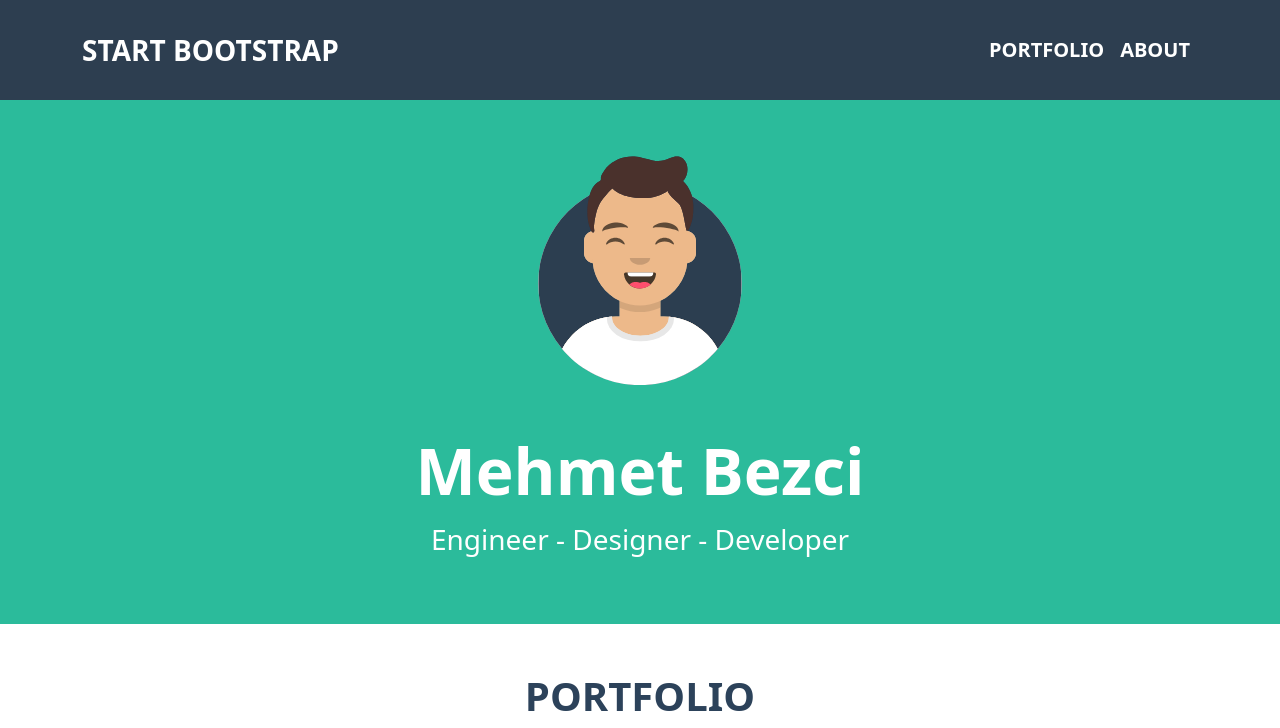
Repository: 7JaxeN7/WT-1255P-Mehmet_BEZC-
Page: index.html
The author's editor kept a copy of each file at every save. The page is drawn from the files as they stood at one save, then again after the next save.
The browser window is 1280 px wide. The pictures show the whole page.

Above is the page before, as saved 2025-01-06 21:22:29.

### index.html
<!DOCTYPE html>
<html lang="tr">

<head>
  <meta charset="UTF-8">
  <meta name="viewport" content="width=device-width, initial-scale=1.0">
  <link rel="stylesheet" href="style.css">
  <link href="https://cdn.jsdelivr.net/npm/bootstrap@5.3.3/dist/css/bootstrap.min.css" rel="stylesheet"
    integrity="sha384-QWTKZyjpPEjISv5WaRU9OFeRpok6YctnYmDr5pNlyT2bRjXh0JMhjY6hW+ALEwIH" crossorigin="anonymous">
  <title>Start Bootstrap</title>
</head>

<body>
  <!-- Navbar -->
  <header>
    <nav class="navbar navbar-expand-lg navbar-bg">
      <div class="container pt-3 pb-3">
        <a class="navbar-brand text-white fw-bolder fs-3" href="#">START BOOTSTRAP</a>
        <button class="navbar-toggler" type="button" data-bs-toggle="collapse" data-bs-target="#navbarNav"
          aria-controls="navbarNav" aria-expanded="false" aria-label="Toggle navigation">
          <span class="navbar-toggler-icon"></span>
        </button>
        <div class="collapse navbar-collapse" id="navbarNav">
          <ul class="navbar-nav ms-auto">
            <li class="nav-item">
              <a class="nav-link text-white fw-bolder fs-5" href="#">PORTFOLIO</a>
            </li>
            <li class="nav-item">
              <a class="nav-link text-white fw-bolder fs-5" href="#">ABOUT</a>
            </li>
          </ul>
        </div>
      </div>
    </nav>
  </header>
  <!-- Herosection -->
   <div class="herosection-bg pt-5 pb-5">
    <div class="container text-center">
      <img src="/assets/img/avataaars.svg" width="20%"/>
    <h1 class="mt-5 text-white fw-bolder display-3">Mehmet Bezci</h1>
    <p class="text-white fs-3">Engineer - Designer - Developer</p>
    </div>
   </div>
   <!-- Portfolio -->
    <div class="portfolio-section mt-5">
      <h2 class="text-center mt-5 fs-1 fw-semibold portfolio-tittle">PORTFOLIO</h2>
      <div class="row text-center">

      </div>
    </div>
  <!-- Burası bootstrap script kısmı -->
  <script src="https://cdn.jsdelivr.net/npm/bootstrap@5.3.3/dist/js/bootstrap.bundle.min.js"
    integrity="sha384-YvpcrYf0tY3lHB60NNkmXc5s9fDVZLESaAA55NDzOxhy9GkcIdslK1eN7N6jIeHz"
    crossorigin="anonymous"></script>
</body>

</html>

### style.css
.navbar-bg {
  background-color: #2d3e50 !important;
}
.herosection-bg{
    background-color: #2bbb9b ;
}
.portfolio-tittle{
    color: #2c425a;
}

After the next save:
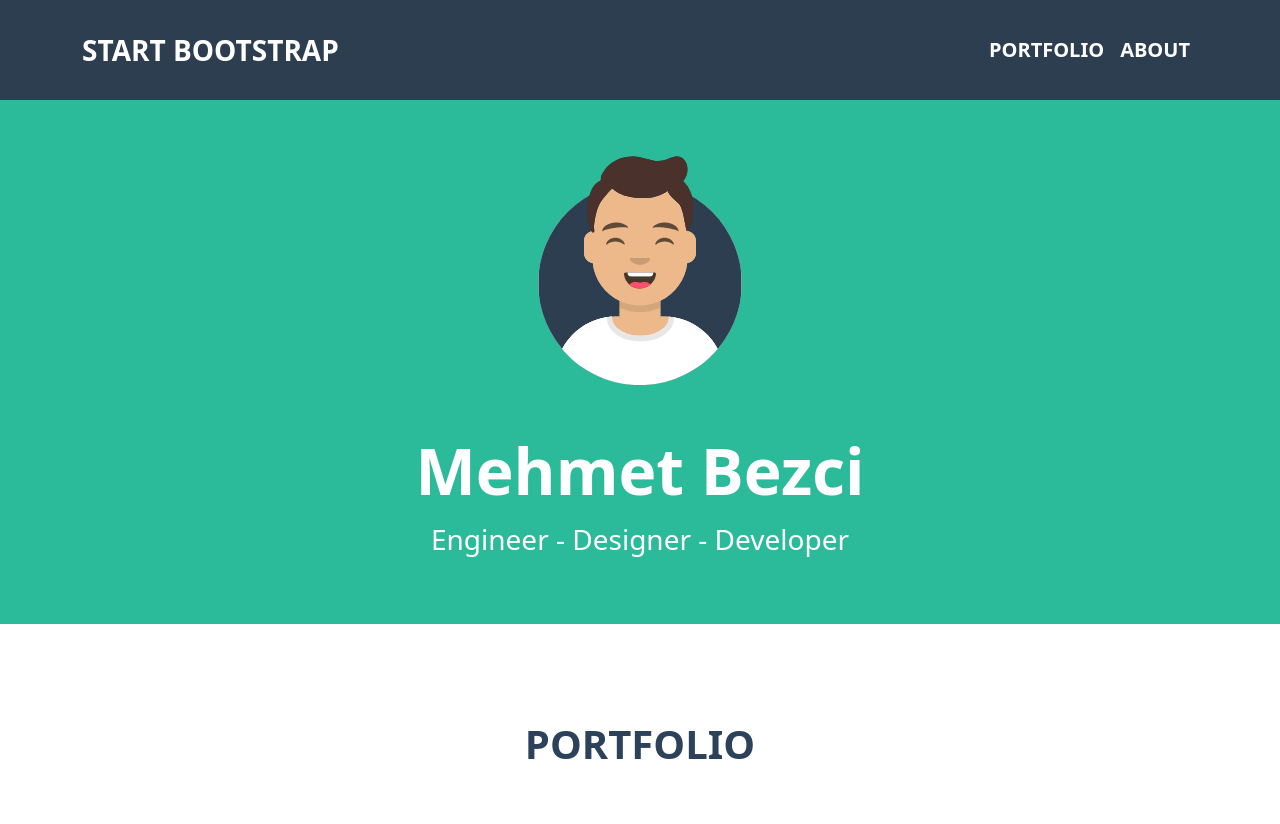
Saved 30 s later.
--- a/index.html
+++ b/index.html
@@ -43,7 +43,7 @@
    </div>
    <!-- Portfolio -->
     <div class="portfolio-section mt-5">
-      <h2 class="text-center mt-5 fs-1 fw-semibold portfolio-tittle">PORTFOLIO</h2>
+      <h2 class="text-center mt-5 pt-5 pb-5 fs-1 fw-semibold portfolio-tittle">PORTFOLIO</h2>
       <div class="row text-center">
 
       </div>
